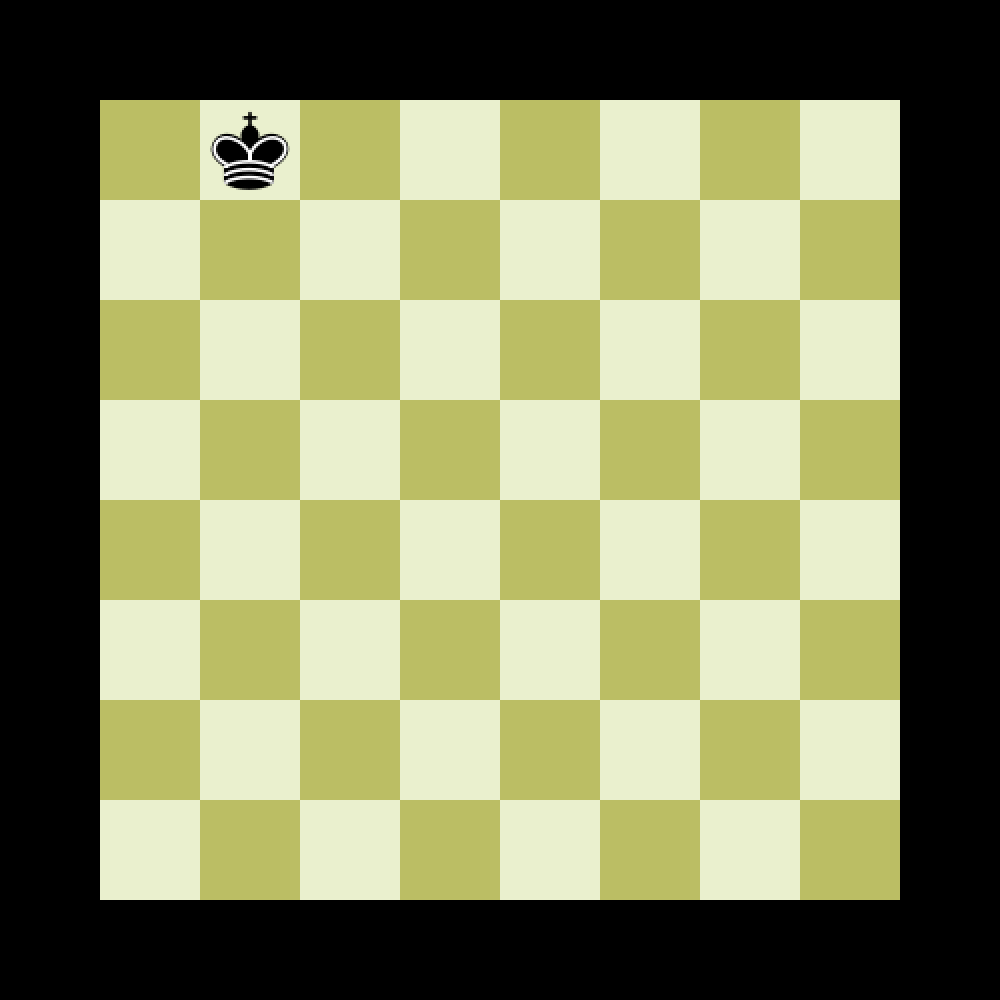
Repository: a-longe/capstone
Script's output: python engine/drag_n_drop_test.py
An editor plug-in stored every save of this project. The script's output is shown before and after the next save, followed by the edit.
The window is shown after at most 60 frames with no key pressed. Random numbers start from a fixed seed. It also reads engine/images/bK.png, engine/images/bP.png, engine/images/wK.png, engine/images/wP.png.

Above is the script's output before, as saved 2023-12-15 13:38:11.

After the next save:
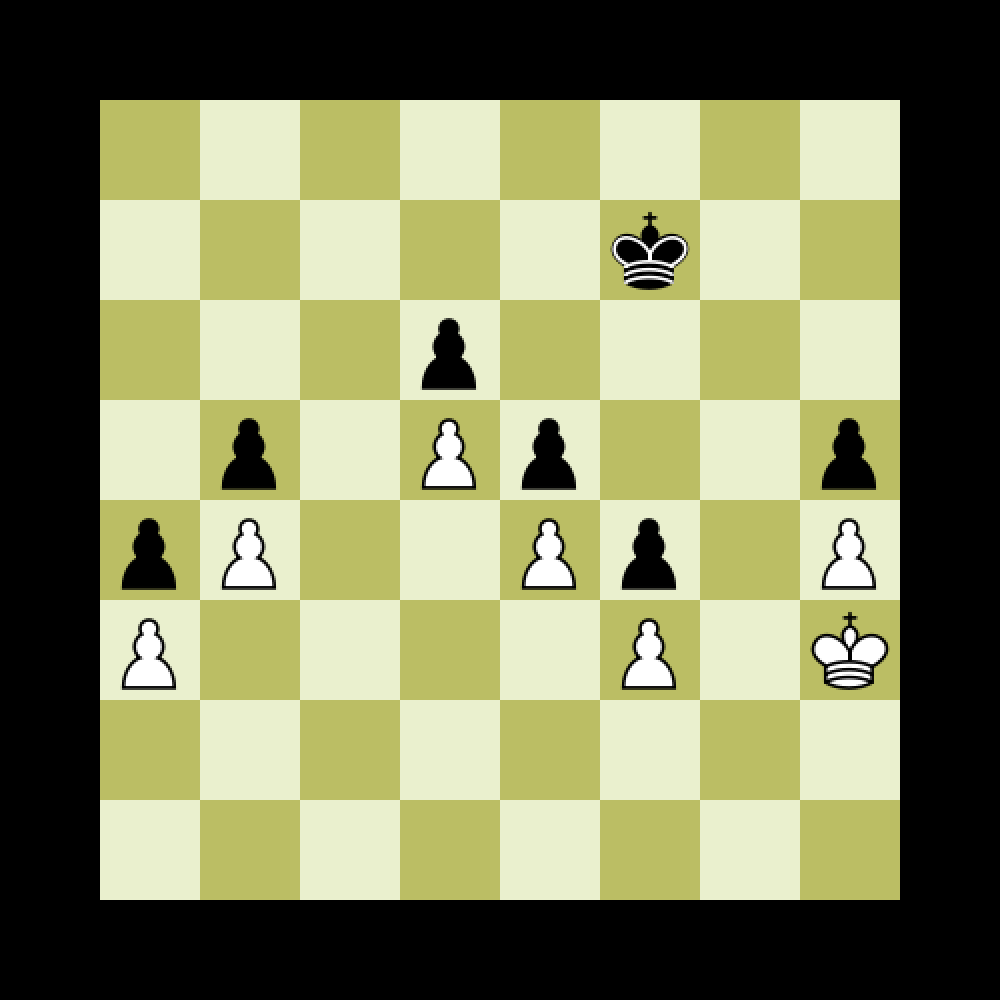
Saved 11 s later.
--- a/engine/drag_n_drop_test.py
+++ b/engine/drag_n_drop_test.py
@@ -223,7 +223,7 @@ def game_event_loop(Board):
 if __name__ == "__main__":
     os.environ['SDL_VIDEO_CENTERED'] = '1'
     pg.init()
-    MyBoard = Board(fen_to_pieces('1k6/8/8/8/8/8/8/8 b - - 99 50'))
+    MyBoard = Board(fen_to_pieces('8/5k2/3p4/1p1Pp2p/pP2Pp1P/P4P1K/8/8 b - - 99 50'))
     MyClock = pg.time.Clock()
     while True:
         main(MyBoard)
